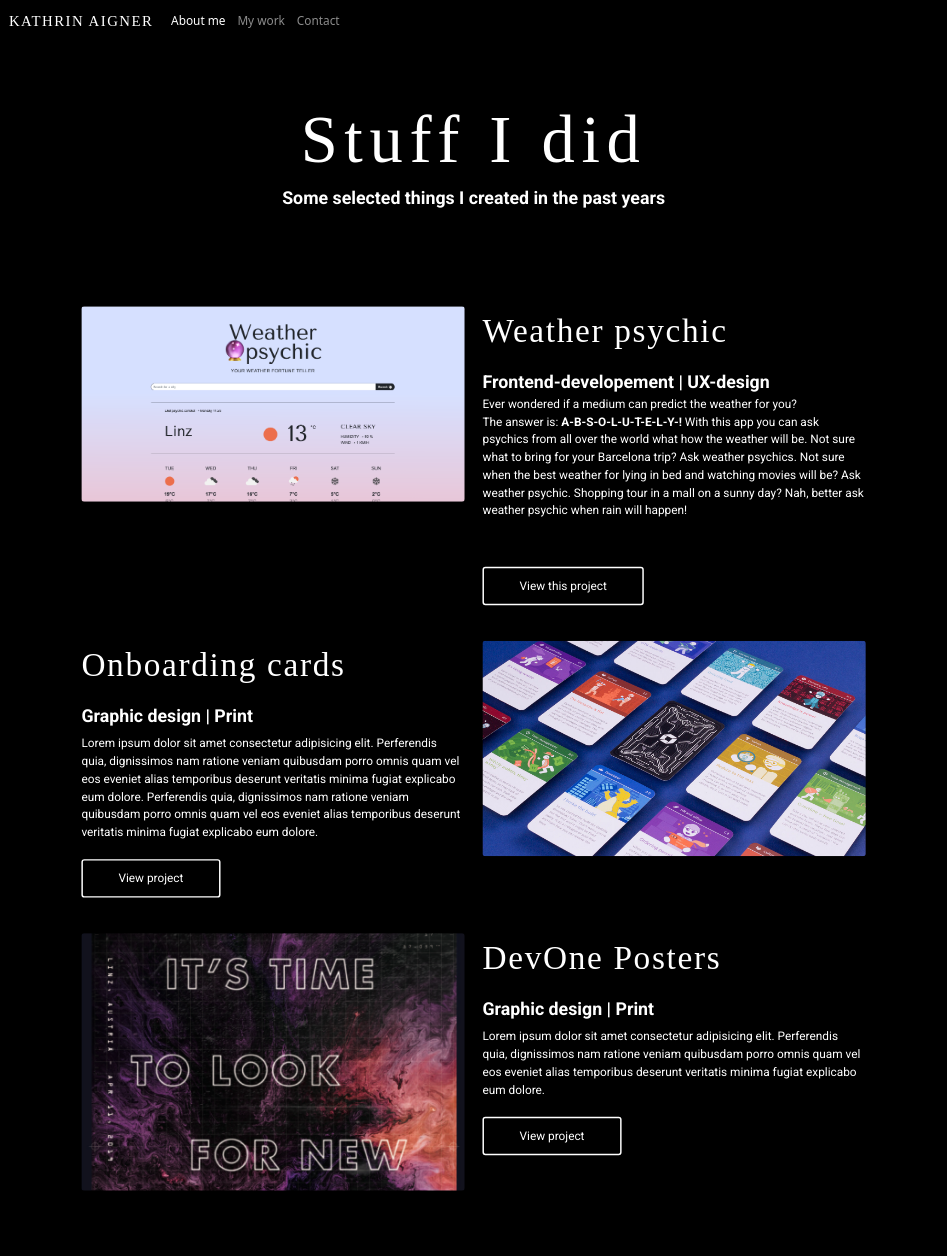
Repository: kathrin-aigner/Portfolio-2022
Page: work.html
An editor plug-in stored every save of this project. The page is shown before and after the next save, followed by the edit.
The browser window is 1280 px wide. The pictures show the whole page, at 74% of full size.
Some web fonts or font styles are not loaded; a fallback is used. Some web libraries are served in a nearby version.

Above is the page before, as saved 2022-03-28 14:48:38.

### work.html
<!DOCTYPE html>
<html lang="en">
  <head>
    <meta charset="UTF-8" />
    <meta http-equiv="X-UA-Compatible" content="IE=edge" />
    <meta name="viewport" content="width=device-width, initial-scale=1.0" />
    <link
      href="https://cdn.jsdelivr.net/npm/bootstrap@5.1.3/dist/css/bootstrap.min.css"
      rel="stylesheet"
      integrity="sha384-1BmE4kWBq78iYhFldvKuhfTAU6auU8tT94WrHftjDbrCEXSU1oBoqyl2QvZ6jIW3"
      crossorigin="anonymous"
    />
    <script
      src="https://cdn.jsdelivr.net/npm/bootstrap@5.1.3/dist/js/bootstrap.bundle.min.js"
      integrity="sha384-ka7Sk0Gln4gmtz2MlQnikT1wXgYsOg+OMhuP+IlRH9sENBO0LRn5q+8nbTov4+1p"
      crossorigin="anonymous"
    ></script>
    <link rel="preconnect" href="https://fonts.googleapis.com" />
    <link rel="preconnect" href="https://fonts.gstatic.com" crossorigin />
    <link
      href="https://fonts.googleapis.com/css2?family=Dela+Gothic+One&family=Roboto:wght@400;500;700&display=swap"
      rel="stylesheet"
    />
    <script
      src="https://kit.fontawesome.com/9a62a34935.js"
      crossorigin="anonymous"
    ></script>

    <link rel="stylesheet" href="/css/styles.css" />
    <title>Welcome to my portfolio – Kathrin Aigner</title>
  </head>
  <body>
    <nav class="navbar navbar-expand-lg navbar-dark text-end">
      <div class="container-fluid">
        <a class="navbar-brand text-uppercase" href="/index.html">Kathrin Aigner</a>
        <button
          class="navbar-toggler"
          type="button"
          data-bs-toggle="collapse"
          data-bs-target="#navbarSupportedContent"
          aria-controls="navbarSupportedContent"
          aria-expanded="false"
          aria-label="Toggle navigation"
        >
          <span class="navbar-toggler-icon"></span>
        </button>
        <div class="collapse navbar-collapse" id="navbarSupportedContent">
          <ul class="navbar-nav me-auto mb-2 mb-lg-0">
            <li class="nav-item">
              <a
                class="nav-link active"
                aria-current="page"
                href="/about.html"
                title="more information about me"
                >About me</a
              >
            </li>
            <li class="nav-item">
              <a class="nav-link" href="/work.html" title="View my work here"
                >My work</a
              >
            </li>
            <li class="nav-item">
              <a class="nav-link" href="/contact.html" title="how to contact me"
                >Contact</a
              >
            </li>
          </ul>
        </div>
      </div>
    </nav>
    <div class="container mb-5">
      <div class="header-page text-center mb-3 mt-5">
  Stuff I did
      </div>
      <div class="introduction text-center">
        Some selected things I created in the past years
      </div>
    </div>
    <div class="container">

      <div class="row mb-5">
        <div class="col-md-6">
          <img
            src="/images/wheater psychic.png"
            class="img-fluid rounded"
            alt="picture showing a preview of the weather homepage"
          />
        </div>
        <div class="col-md-6">
          <div class="project-header mb-3">Weather psychic</div>
          <div class="introduction"> Frontend-developement | UX-design</div>
          <p class="page-section">
            Ever wondered if a medium can predict the weather for you? </br>The
            answer is: <strong>A-B-S-O-L-U-T-E-L-Y-!</strong> With this app you
            can ask psychics from all over the world what how the weather will be.
            Not sure what to bring for your Barcelona trip? Ask weather psychics.
            Not sure when the best weather for lying in bed and watching movies
            will be? Ask weather psychic. Shopping tour in a mall on a sunny
            day? Nah, better ask weather psychic when rain will happen!
          </p>
          <div class="mt-2">
            <a href="https://reverent-aryabhata-468bf7.netlify.app/" target="_blank" class="mt-5 btn btn-primary"> View this project </a>
          </div>
        </div>
      </div>
      <div class="row mb-5">
        <div class="col-md-6">
          <div class="project-header mb-3">Onboarding cards</div>
          <div class="introduction mb-2"> Graphic design | Print </div>
          <p class="page-section text-right">
            Lorem ipsum dolor sit amet consectetur adipisicing elit. Perferendis
            quia, dignissimos nam ratione veniam quibusdam porro omnis quam vel
            eos eveniet alias temporibus deserunt veritatis minima fugiat
            explicabo eum dolore. Perferendis
            quia, dignissimos nam ratione veniam quibusdam porro omnis quam vel
            eos eveniet alias temporibus deserunt veritatis minima fugiat
            explicabo eum dolore.
          </p>

           <div class="btn btn-primary mt-2"> View project</div>

        </div>
        <div class="col-md-6">
          <img
            src="/images/onboarding-cards.jpg"
            class="img-fluid rounded"
            alt="picture showing card game"
          />
        </div>
      </div>
      <div class="row mb-5 mt-5">
        <div class="col-md-6">
          <img
            src="/images/devOne.png"
            class="img-fluid rounded"
            alt="picture showing a preview of the website about yoghurt"
          />
        </div>
        <div class="col-sm-6">
          <div class="project-header mb-3">DevOne Posters</div>
          <div class="introduction mb-2">
          Graphic design | Print
          </div>
          <p class="page-section">
            Lorem ipsum dolor sit amet consectetur adipisicing elit. Perferendis
            quia, dignissimos nam ratione veniam quibusdam porro omnis quam vel
            eos eveniet alias temporibus deserunt veritatis minima fugiat
            explicabo eum dolore.
          </p>

            <div class="btn btn-primary mt-2"> View project</div>

        </div>
      </div>
    </div>
    <footer>

    </footer>
  </body>
</html>

### css/styles.css
:root {
  --primary-color: white;
  --secondary-color: black;
  --heading-font-family: "Dela Gothic One", cursive;
  --default-font-family: "Roboto", sans-serif;
}

body {
  background-color: var(--secondary-color);
}
.container {
  padding: 40px;
}
.herosection {
  text-align: center;
  padding: 180px 0;
}
.header {
  line-height: 1em;
  font-family: var(--heading-font-family);
  font-size: 200px;
  color: var(--primary-color);
}
.subheader {
  font-size: 32px;
  font-weight: 700;
  color: var(--primary-color);
  font-family: var(--default-font-family);
}
.header-page {
  line-height: 1em;
  letter-spacing: 0.1em;
  font-size: 90px;
  color: var(--primary-color);
  font-family: var(--heading-font-family);
}
.project-header {
  font-size: 45px;
  color: var(--primary-color);
  font-family: var(--heading-font-family);
  letter-spacing: 0.05em;
}
.page-section {
  font-size: 16px;
  color: var(--primary-color);
  font-family: var(--default-font-family);
}

.introduction {
  font-weight: 600;
  font-size: 24px;

  color: var(--primary-color);
  font-family: var(--default-font-family);
}
.navbar-brand {
  font-family: var(--heading-font-family);

  letter-spacing: 0.1em;
}

.btn-primary {
  font-family: var(--default-font-family);
  border: 2px solid var(--primary-color);
  background: var(--secondary-color);
  padding: 12px 48px;
}

.btn btn-primary:hover {
  color: var(--secondary-color);
  font-family: var(--default-font-family);
  border: 2px solid var(--primary-color);
  background: var(--primary-color);
}

.project-preview {
  max-width: 500px;
}

a.email {
  text-decoration: none;
  color: var(--primary-color);
}

.email:hover {
  text-decoration: underline;
  color: var(--primary-color);
}

After the next save:
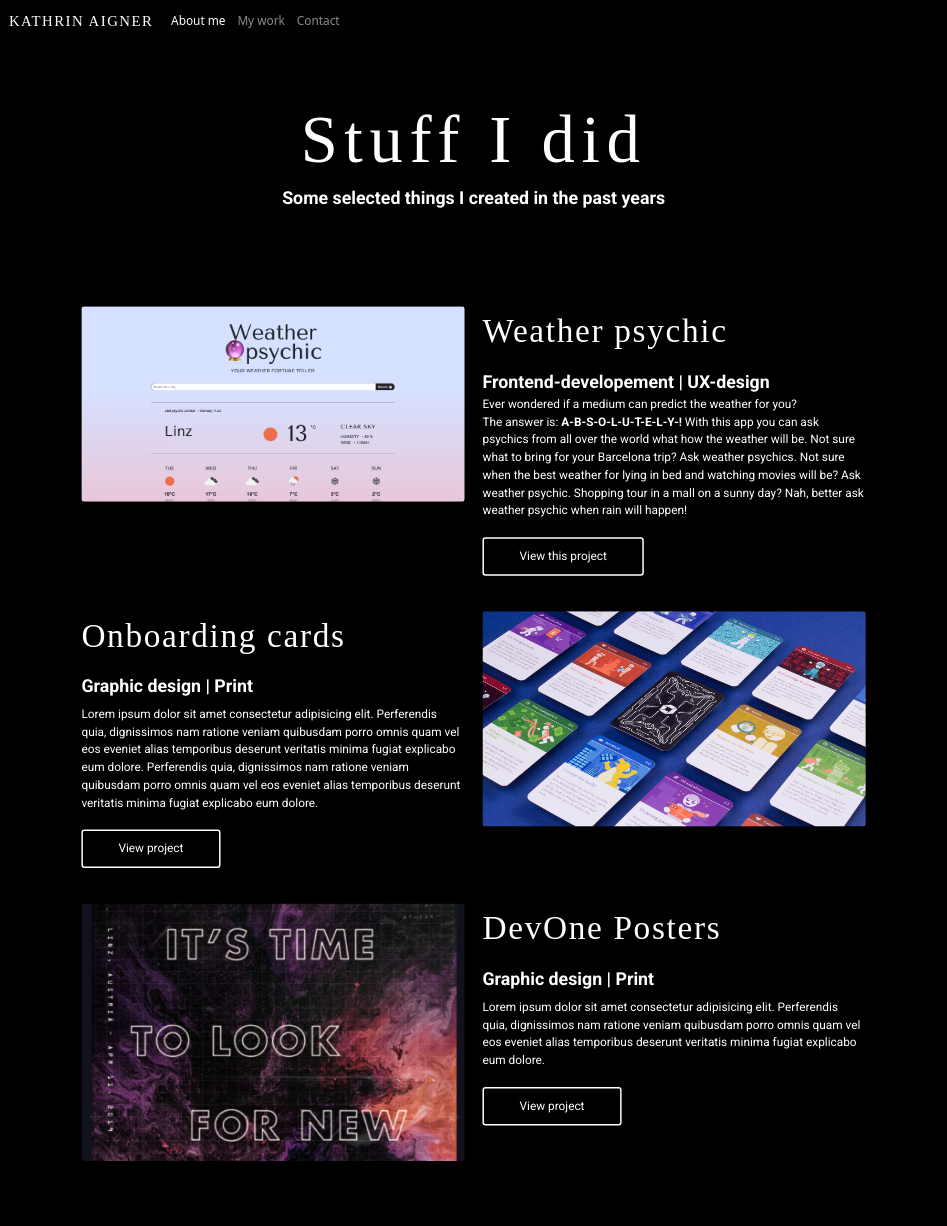
Saved 21 s later.
--- a/work.html
+++ b/work.html
@@ -100,7 +100,7 @@
             day? Nah, better ask weather psychic when rain will happen!
           </p>
           <div class="mt-2">
-            <a href="https://reverent-aryabhata-468bf7.netlify.app/" target="_blank" class="mt-5 btn btn-primary"> View this project </a>
+            <a href="https://reverent-aryabhata-468bf7.netlify.app/" target="_blank" class="btn btn-primary mt-2"> View this project </a>
           </div>
         </div>
       </div>
